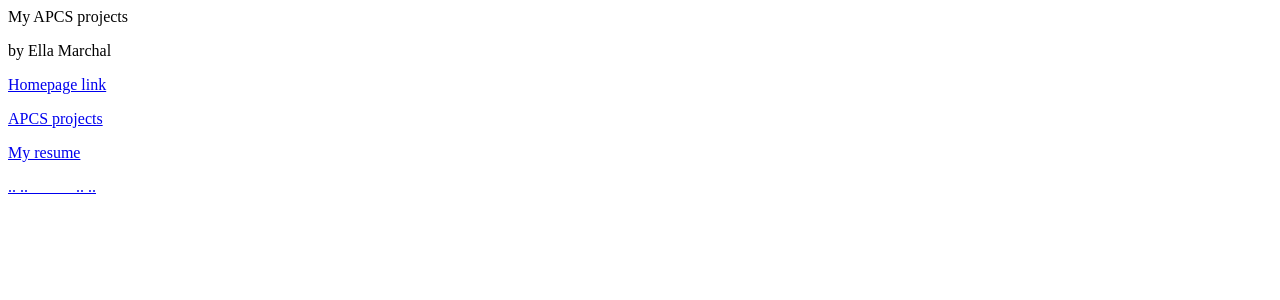
Repository: ella-m/ella-m.github.io
Page: apcs.html
The author's editor kept a record of every edit. The page is drawn from the files as they stood at one moment, then again after the next edit.
The browser window is 1280 px wide. The pictures show the whole page.

Above is the page before.

After the next edit:
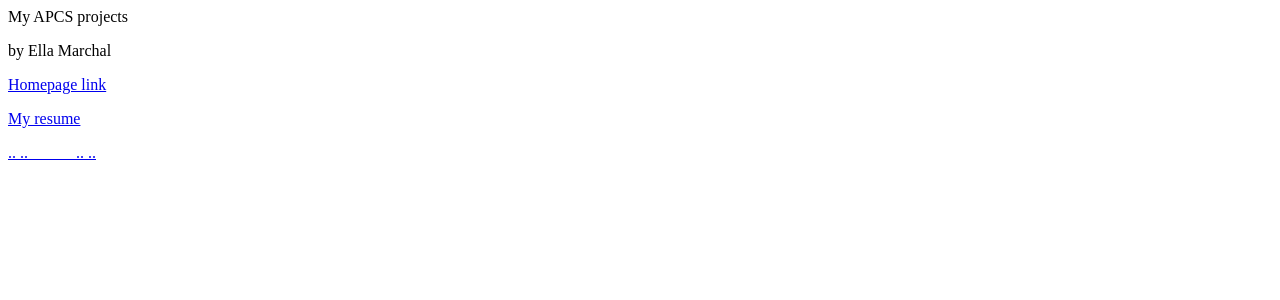
The edit:
--- a/apcs.html
+++ b/apcs.html
@@ -11,8 +11,6 @@
 
 <p><a href="index.html">Homepage link</p>
 
-<p><a href="apcs.html">APCS projects</p>
-
 <p><a href="Resume.html">My resume</p>
 
 <p>..    .. _____ ..   ..</p>
